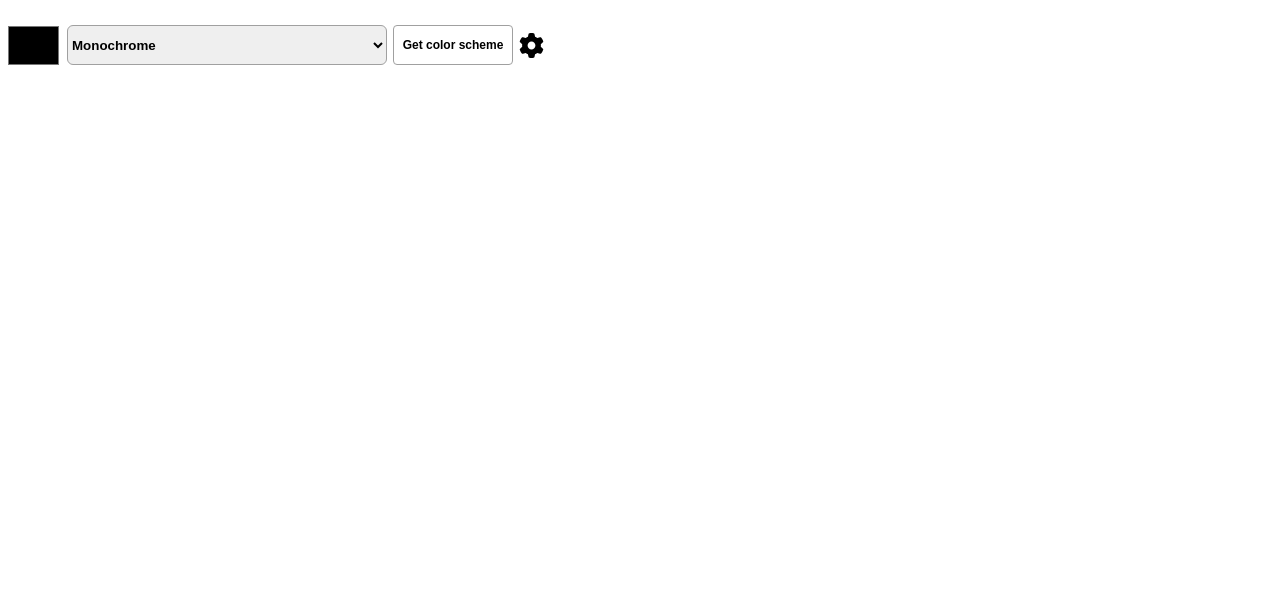
Repository: RadziSzop/colorPicker
Page: index.html
The author's editor kept a copy of each file at every save. The page is drawn from the files as they stood at one save, then again after the next save.
The browser window is 1280 px wide. The pictures show the whole page.

Above is the page before, as saved 2022-03-04 22:52:16.

### index.html
<!DOCTYPE html>
<html lang="en">
  <head>
    <meta charset="UTF-8" />
    <meta http-equiv="X-UA-Compatible" content="IE=edge" />
    <meta name="viewport" content="width=device-width, initial-scale=1.0" />
    <link rel="stylesheet" href="style.css" />
    <link rel="preconnect" href="https://fonts.googleapis.com" />
    <link rel="preconnect" href="https://fonts.gstatic.com" crossorigin />
    <link
      href="https://fonts.googleapis.com/css2?family=Roboto:wght@400;700&display=swap"
      rel="stylesheet"
    />
    <title>Document</title>
  </head>
  <body>
    <!-- <p id="test">ok</p> -->
    <div class="container">
      <div class="main">
        <input type="color" id="color-picker" />
        <select id="menu">
          <option value="Monochrome">Monochrome</option>
          <option value="Monochrome-dark">Monochrome-dark</option>
          <option value="Monochrome-light">Monochrome-light</option>
          <option value="Analogic">Analogic</option>
          <option value="Complement">Complement</option>
          <option value="Analogic-complement">Analogic-complement</option>
          <option value="Triad">Triad</option>
        </select>
        <button id="submit-button">Get color scheme</button>
        <!-- <button id="settings-button">Settings</button> -->
        <div class="gear">
          <img src="images/gear-solid.svg" alt="" />
        </div>
      </div>
      <div class="colors">
        <div class="colorBox" id="color1"></div>
        <div class="colorBox" id="color2"></div>
        <div class="colorBox" id="color3"></div>
        <div class="colorBox" id="color4"></div>
        <div class="colorBox" id="color5"></div>
      </div>
      <div class="color_values">
        <div class="valueBox"><p id="value1"></p></div>
        <div class="valueBox"><p id="value2"></p></div>
        <div class="valueBox"><p id="value3"></p></div>
        <div class="valueBox"><p id="value4"></p></div>
        <div class="valueBox"><p id="value5"></p></div>
      </div>
    </div>
    <div class="modal"></div>
    <script src="main.js"></script>
  </body>
</html>

### style.css
* {
  box-sizing: border-box;
}
img {
  height: 100%;
  width: 100%;
}

html {
  font-family: "Roboto", sans-serif;
}
html,
body {
  margin: 0;
  padding: 0;
}
select {
  width: 320px;
  height: 40px;
  border-radius: 6px;
  font-weight: 700;
  border: 1px rgb(160, 160, 160) solid;
}
button {
  width: 120px;
  height: 40px;
  font-size: 12px;
  background-color: white;
  border: 1px rgb(160, 160, 160) solid;
  border-radius: 4px;
  font-weight: 700;
  cursor: pointer;
  transition: transform 0.2s;
}
.buttonClick {
  transform: scale(1.1);
}
option {
  padding-top: 5px;
}
.container {
  width: 550px;
  height: 550px;
  display: flex;
  flex-direction: column;
}
.main {
  height: 90px;
  width: 100%;
  background-color: rgb(255, 255, 255);
  display: flex;
  justify-content: space-evenly;
  align-items: center;
}
.gear {
  height: 25px;
  width: 25px;
}

.colors {
  height: 415px;
  display: flex;
}
.colorBox {
  width: 20%;
  height: 100%;
  background-color: rgb(255, 255, 255);
  transition: background 1s;
  /* border: 1px black solid; */
}
.color_values {
  height: 45px;
  display: flex;
  /* background-color: gray; */
}
.valueBox {
  height: 100%;
  width: 20%;
  /* border: 1px solid black; */
  display: flex;
  justify-content: center;
  align-items: center;
  font-weight: 700;
}
#color-picker {
  padding: 0;
  margin: 0;
  height: 47px;
  width: 55px;
  border: none;
  outline: none;
  -webkit-appearance: none;
  background-color: white;
}

/* modal */

.modal {
  height: 100%;
  width: 100%;
  background-color: aqua;
}

### main.js
let colorEl1 = document.querySelector("#color1")
let colorEl2 = document.querySelector("#color2")
let colorEl3 = document.querySelector("#color3")
let colorEl4 = document.querySelector("#color4")
let colorEl5 = document.querySelector("#color5")
let valueEl1 = document.querySelector("#value1")
let valueEl2 = document.querySelector("#value2")
let valueEl3 = document.querySelector("#value3")
let valueEl4 = document.querySelector("#value4")
let valueEl5 = document.querySelector("#value5")
let submitBtnEl = document.querySelector("#submit-button")
let settingsBtnEl = document.querySelector("#settings-button")
let colorPicerEl = document.querySelector("#color-picker")
let menuEl = document.querySelector("#menu")

let testEl = document.querySelector("#test")
let apiData
//     chrome.storage.sync.get('foo', function(items) {
//         testEl.textContent =  JSON.stringify(items);
//       });



submitBtnEl.addEventListener("click", getingColors)

function getingColors(){
    let color = colorPicerEl.value.slice(1)
    let type = menuEl.value.toLowerCase()

    chrome.storage.sync.set({'foo': color}, function() {
        console.log('Settings saved');
      });

    fetch(`https://www.thecolorapi.com/scheme?hex=${color}&mode=${type}`)
    .then(response => response.json())
    .then(json => {
        apiData = json

        colorEl1.style.backgroundColor = apiData.colors[0].rgb.value
        colorEl2.style.backgroundColor = apiData.colors[1].rgb.value
        colorEl3.style.backgroundColor = apiData.colors[2].rgb.value
        colorEl4.style.backgroundColor = apiData.colors[3].rgb.value
        colorEl5.style.backgroundColor = apiData.colors[4].rgb.value

        valueEl1.textContent = apiData.colors[0].hex.clean
        valueEl2.textContent = apiData.colors[1].hex.clean
        valueEl3.textContent = apiData.colors[2].hex.clean
        valueEl4.textContent = apiData.colors[3].hex.clean
        valueEl5.textContent = apiData.colors[4].hex.clean
    })
}

After the next save:
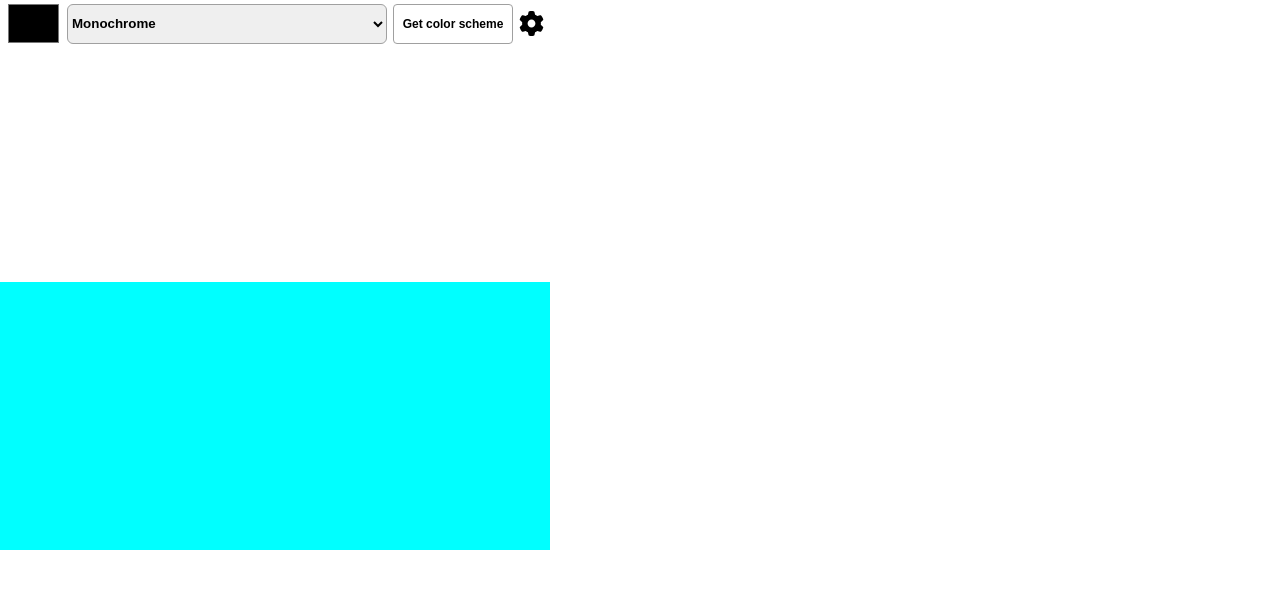
Saved 42 s later.
--- a/index.html
+++ b/index.html
@@ -47,8 +47,9 @@
         <div class="valueBox"><p id="value4"></p></div>
         <div class="valueBox"><p id="value5"></p></div>
       </div>
+      <div class="modal"></div>
     </div>
-    <div class="modal"></div>
+
     <script src="main.js"></script>
   </body>
 </html>

After the 2 saves that followed:
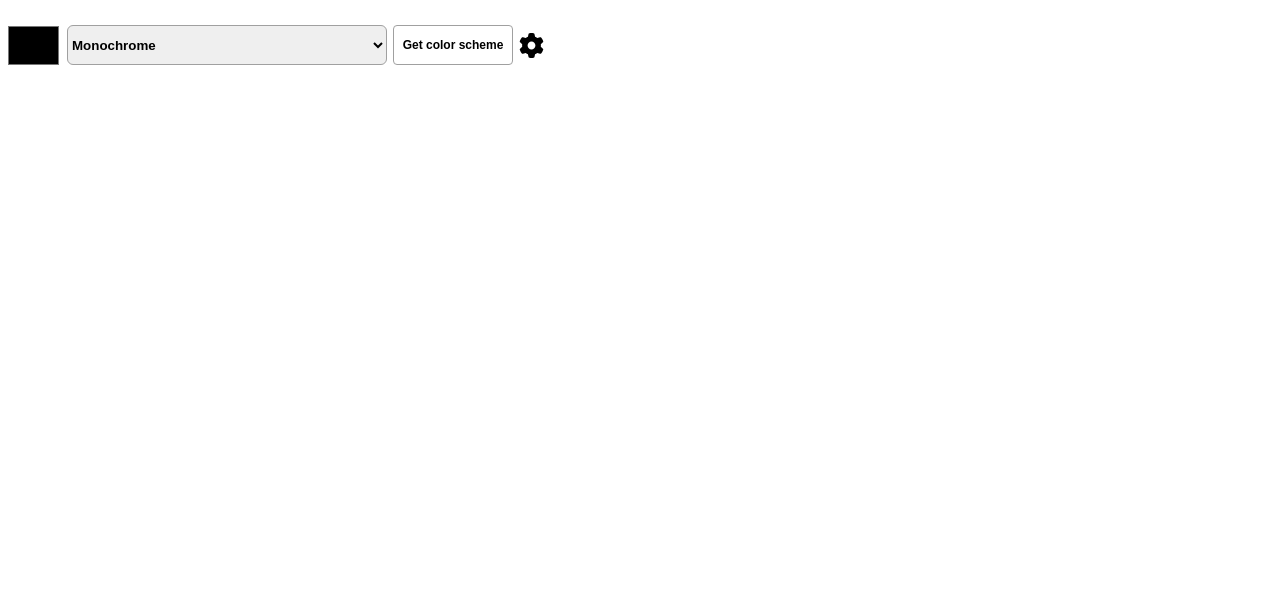
The 2 saves are shown as one change because 1 left the picture as it was.
The last was saved 52 s later.
--- a/index.html
+++ b/index.html
@@ -47,7 +47,6 @@
         <div class="valueBox"><p id="value4"></p></div>
         <div class="valueBox"><p id="value5"></p></div>
       </div>
-      <div class="modal"></div>
     </div>
 
     <script src="main.js"></script>
--- a/style.css
+++ b/style.css
@@ -96,6 +96,7 @@
 /* modal */
 
 .modal {
+  display: fixed;
   height: 100%;
   width: 100%;
   background-color: aqua;
